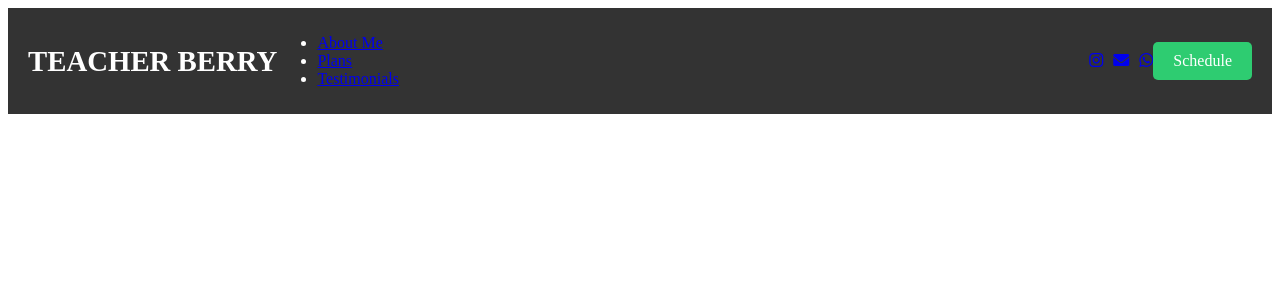
Repository: ntandomagana/esl-landing-page
Page: index.html
The author's editor kept a copy of each file at every save. The page is drawn from the files as they stood at one save, then again after the next save.
The browser window is 1280 px wide. The pictures show the whole page.

Above is the page before, as saved 2024-07-16 22:58:42.

After the next save:
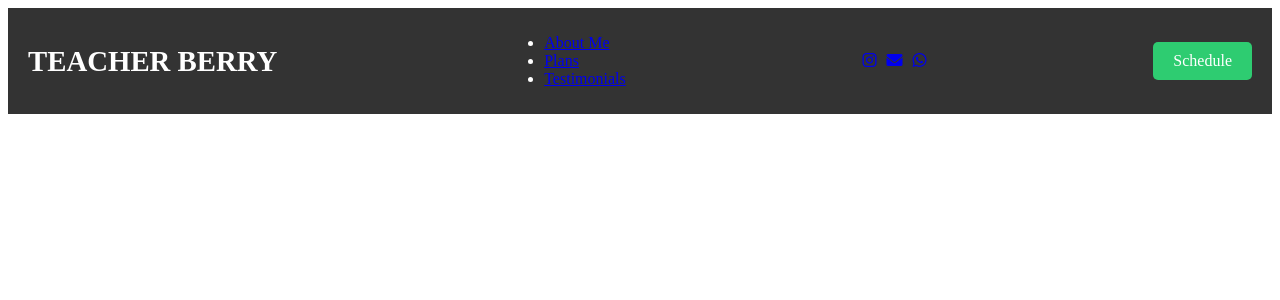
Saved 5 s later.
--- a/index.css
+++ b/index.css
@@ -16,7 +16,6 @@
 }
 
 .social-links {
-    margin-left: auto;
     display: flex;
     align-items: center;
 }
